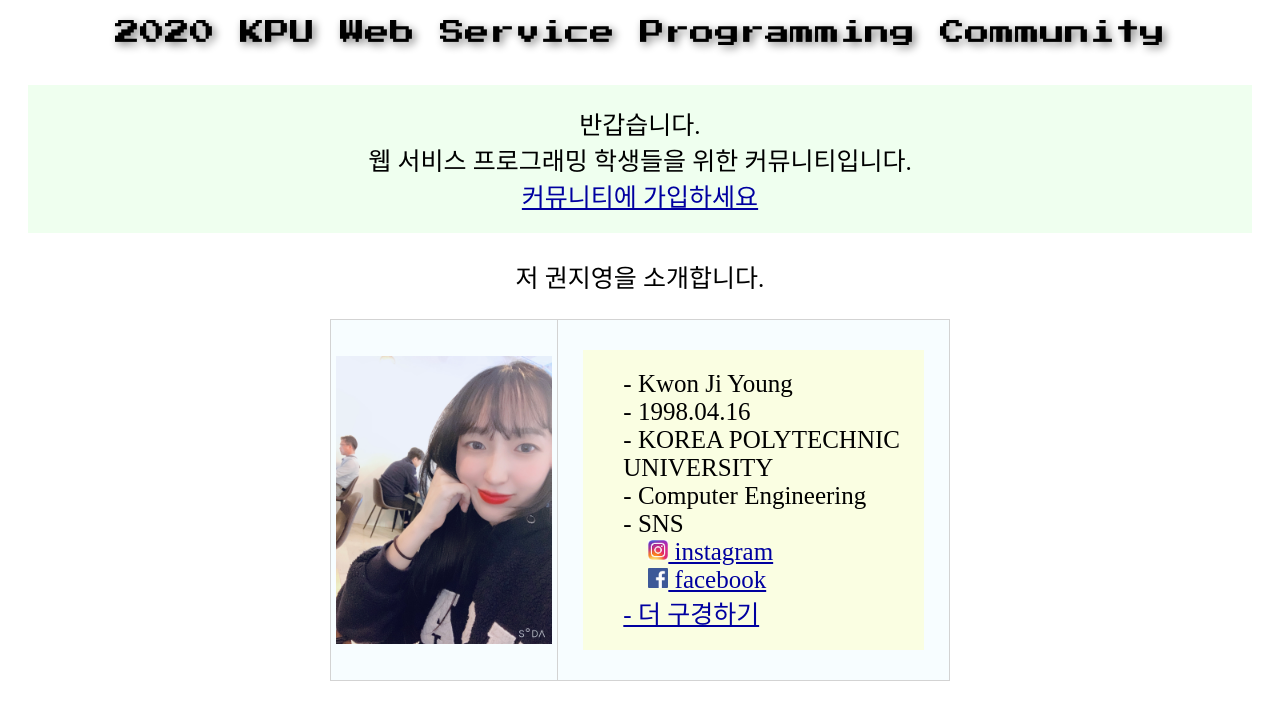
Repository: JiYoung-Kwon/WebProgramming
Page: workspace_20206R/kwonjiyoung_reg/WebContent/welcome.html
These files come from the project's save history. The page is drawn as it stood at one moment and after the next save; the edit follows.
The browser window is 1280 px wide. The pictures show the whole page.
Some web fonts or font styles are not loaded; a fallback is used.

Above is the page before, as saved 2020-10-08 03:57:56.

### workspace_20206R/kwonjiyoung_reg/WebContent/welcome.html
<!DOCTYPE html>
<html>

<head>
<meta charset="UTF-8">
<title>Web Service Programming Homework</title>
<link rel="stylesheet" href="resources/register.css" type="text/css"></link>
</head>

<body>
	<header> 2020 KPU Web Service Programming Community </header>

	<audio src="resources/물방울 - Tido Kang.mp3" autoplay>
	</audio>


	<p id=sect>
		반갑습니다. <br> 웹 서비스 프로그래밍 학생들을 위한 커뮤니티입니다. <br> <a
			href="http://localhost:8080/kwonjiyoung_reg/StudentServlet?cmd=join"
			target="_self"> 커뮤니티에 가입하세요</a>
	</p>

	<div>
		<p>저 권지영을 소개합니다.</p>

		<div>
			<table>
				<tr>
					<th><img src="resources/Jiyoung.jpg" alt="jiyoung" width="216"
						height="288" align="middle"></th>
					<td>
						<ul>
							<li>- Kwon Ji Young</li>
							<li>- 1998.04.16</li>
							<li>- KOREA POLYTECHNIC UNIVERSITY</li>
							<li>- Computer Engineering</li>
							<li>- SNS</li>
							<li class="a"><img src="resources/insta.jpg" width="20" height="20"><a href="https://www.instagram.com/jjiyomm/" target="_blank"> instagram</a></li>
							<li class="a"><img src="resources/face.jpg" width="20" height="20"><a href="https://www.facebook.com/rhakrywkd" target="_blank"> facebook</a></li>
							<li> <a href="http://localhost:8080/kwonjiyoung_reg/myfavorite.html" target="_self"> - 더 구경하기</a></li>
						</ul>
					</td>
				</tr>
			</table>
		</div>
	</div>
</body>
</html>

### workspace_20206R/kwonjiyoung_reg/WebContent/resources/register.css
@charset "UTF-8";

@import
	url('https://fonts.googleapis.com/css2?family=Press+Start+2P&display=swap')
	;

@import
	url('https://fonts.googleapis.com/css2?family=Nanum+Pen+Script&display=swap')
	;

header {
	margin: 20px 10px 40px 10px;
	font-family: 'Press Start 2P', cursive;
	font-size: 25px;
	text-shadow: 3px 3px 8px gray;
	text-align: center;
}

body {
	color: black;
	font-family: 'Nanum Pen Script', cursive;
	font-size: 25px;
}

div {
	margin-left: auto;
	margin-right: auto;
	width: 70%;
	text-align: center;
}

ul {
	list-style: none;
	text-align: left;
	background-color: #FAFEE2;
	margin-left: 20px;
	margin-right: 20px;
	padding-top: 20px;
	padding-bottom: 20px;
}

#sect {
	background-color: #EFFFEF;
	text-align: center;
	margin: 20px;
	padding: 20px;
}

a {
	text-decoration: underline;
	color: #0000a0;
}

table {
	background-color: #F7FDFF;
	border-collapse: collapse;
	width: 100%;
}

th {
	border: 1px solid lightgray;
	padding: 5px;
	width: 30%;
}

td {
	border: 1px solid lightgray;
	padding: 5px;
	width: 70%;
}

.a {
	text-indent: 1em;
}

After the next save:
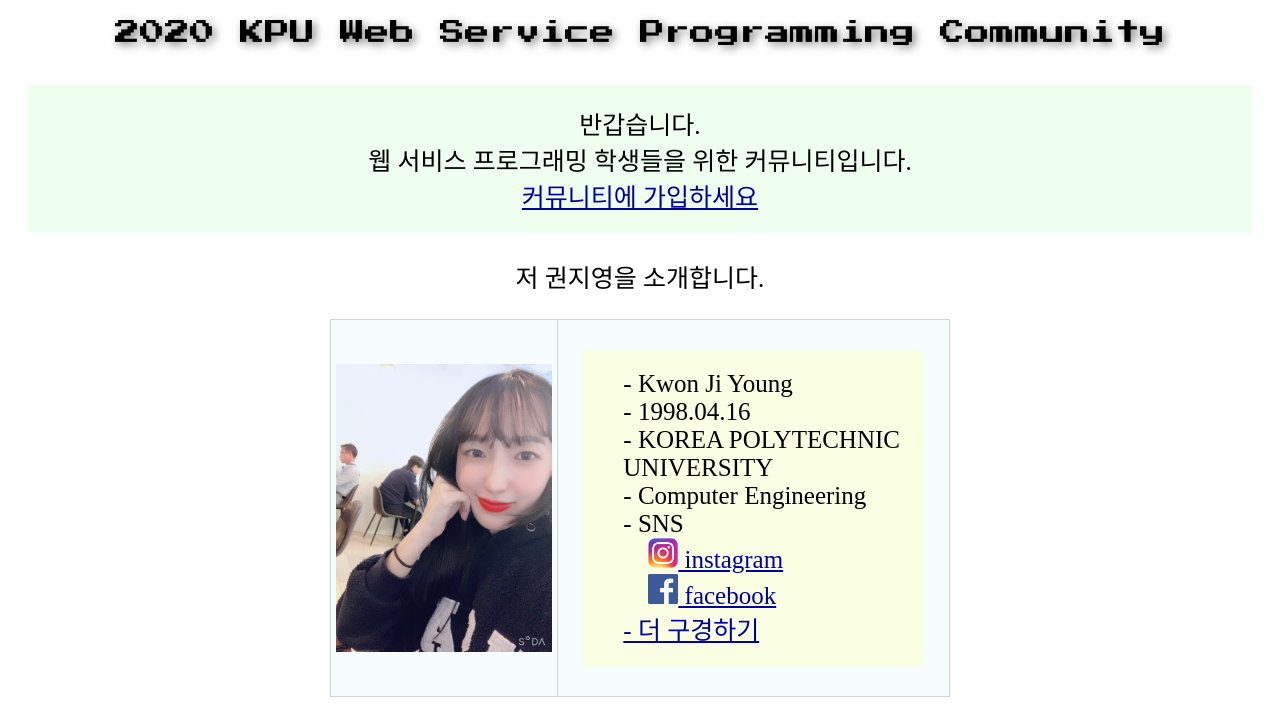
Saved 75 s later.
--- a/workspace_20206R/kwonjiyoung_reg/WebContent/welcome.html
+++ b/workspace_20206R/kwonjiyoung_reg/WebContent/welcome.html
@@ -35,8 +35,8 @@
 							<li>- KOREA POLYTECHNIC UNIVERSITY</li>
 							<li>- Computer Engineering</li>
 							<li>- SNS</li>
-							<li class="a"><img src="resources/insta.jpg" width="20" height="20"><a href="https://www.instagram.com/jjiyomm/" target="_blank"> instagram</a></li>
-							<li class="a"><img src="resources/face.jpg" width="20" height="20"><a href="https://www.facebook.com/rhakrywkd" target="_blank"> facebook</a></li>
+							<li class="a"><img src="resources/insta.jpg" width="30" height="30"><a href="https://www.instagram.com/jjiyomm/" target="_blank"> instagram</a></li>
+							<li class="a"><img src="resources/face.jpg" width="30" height="30"><a href="https://www.facebook.com/rhakrywkd" target="_blank"> facebook</a></li>
 							<li> <a href="http://localhost:8080/kwonjiyoung_reg/myfavorite.html" target="_self"> - 더 구경하기</a></li>
 						</ul>
 					</td>
